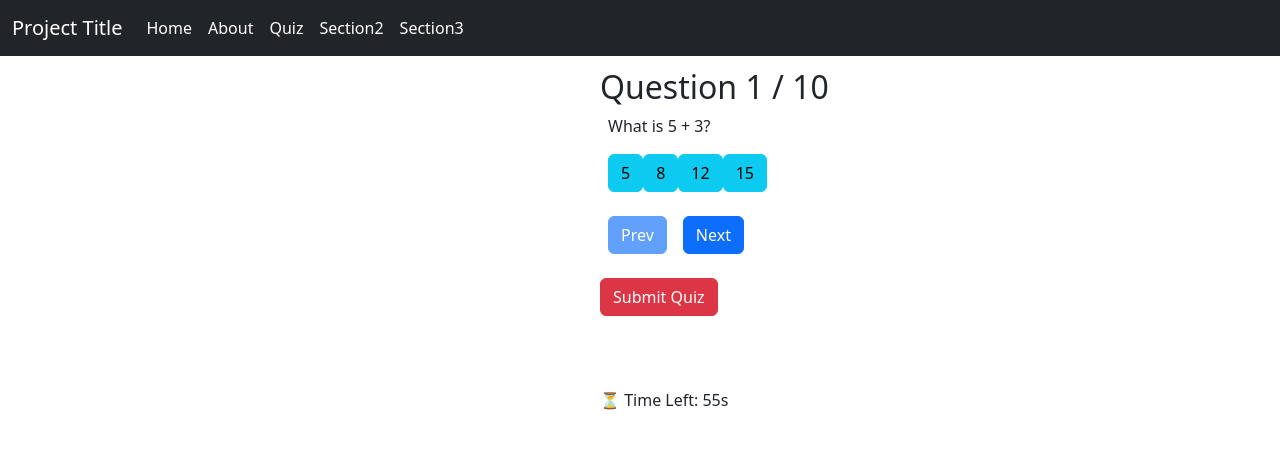
Repository: rahul-chakradhari/devquest
Page: /quiz (app in project/)
These files come from the project's save history. The page is drawn as it stood at one moment and after the next save; the edit follows.
The browser window is 1280 px wide. The pictures show the whole page.
The project was rebuilt for these pictures with package versions that can differ from the ones it lists, and the page was loaded fresh each time. Also part of the build but not shown: project/vite.config.js, project/src/components/Home.jsx, project/src/components/About.jsx, project/src/components/Section2.jsx, project/src/components/Section3.jsx, project/src/index.css.

Above is the page before, as saved 2025-02-23 13:27:09.

After the next save:
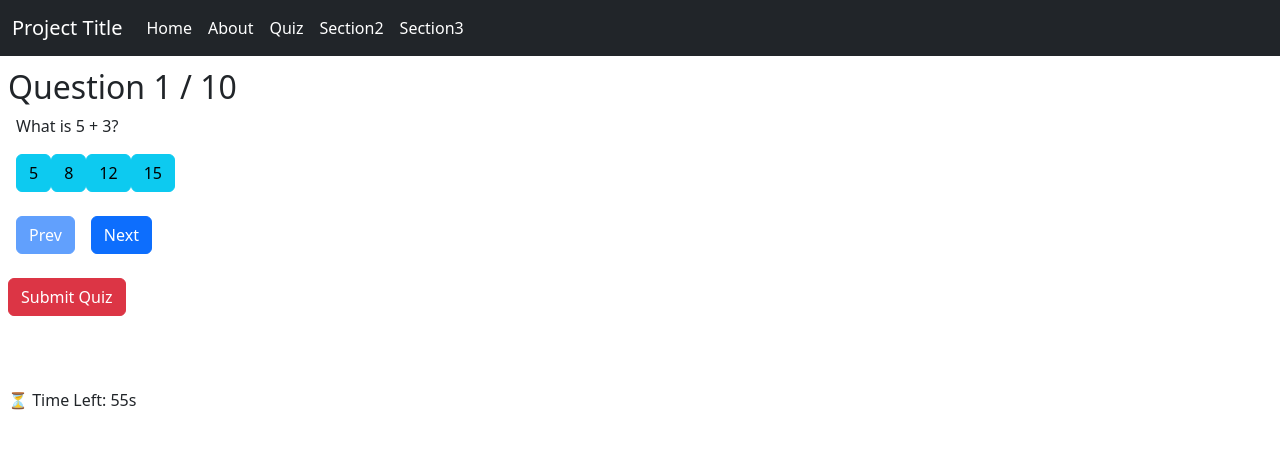
Saved 12 s later.
--- a/project/src/components/Quiz.jsx
+++ b/project/src/components/Quiz.jsx
@@ -77,7 +77,7 @@
   };
 
   return (
-    <div className="quiz-container">
+    <div className="quiz-container mx-2">
       <h2>
         Question {currentQuestion + 1} / {questions.length}
       </h2>

After the save that followed:
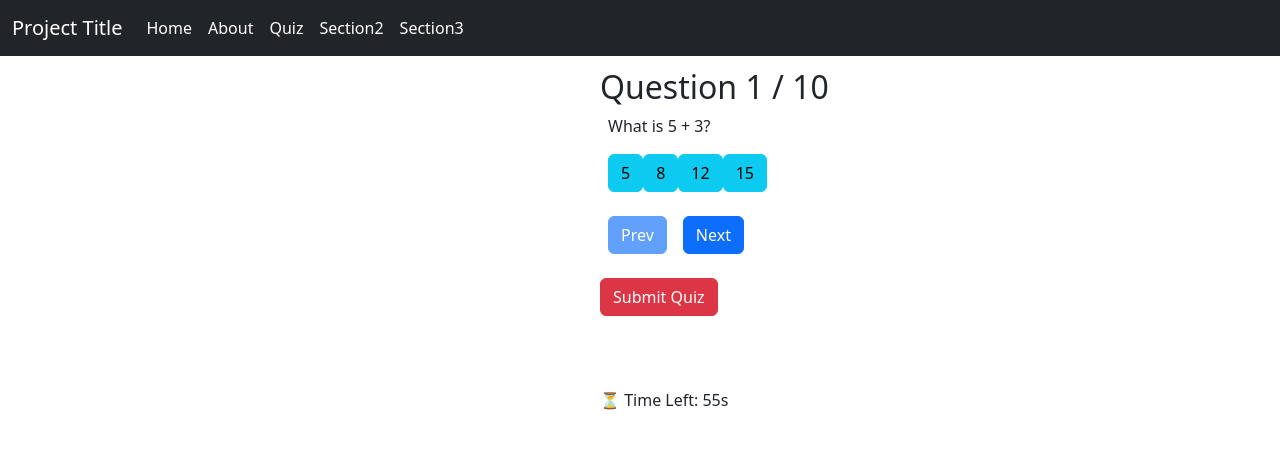
Saved 6 s later.
--- a/project/src/components/Quiz.jsx
+++ b/project/src/components/Quiz.jsx
@@ -77,7 +77,7 @@
   };
 
   return (
-    <div className="quiz-container mx-2">
+    <div className="quiz-container">
       <h2>
         Question {currentQuestion + 1} / {questions.length}
       </h2>
